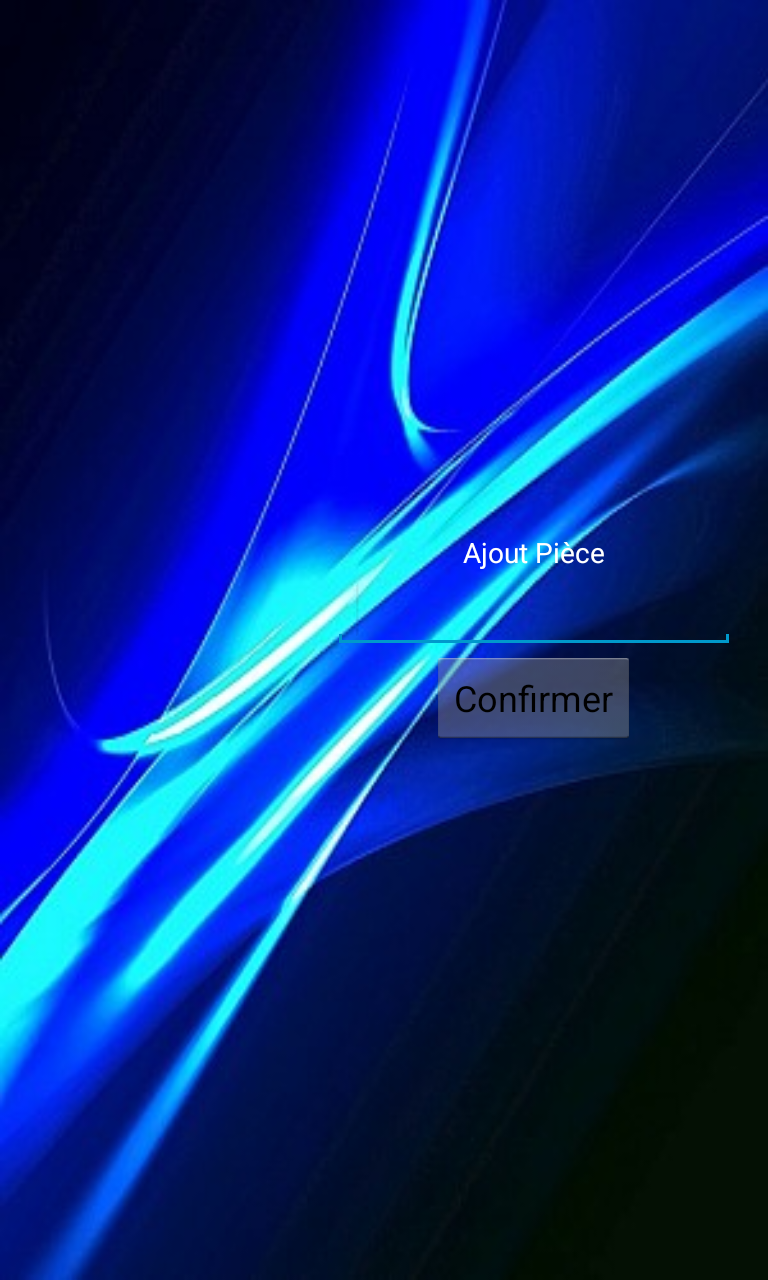
Repository: chedisaad/chedi
Layout: Dev/Android/DOMOTIQUE/Domotique/res/layout/activity_rooms.xml
The author's editor kept a copy of each file at every save. The layout is drawn from the files as they stood at one save, then again after the next save.
It is drawn on a 768 x 1280 px phone screen (xhdpi) without system bars, with theme AppTheme; the app's code is not run. Lists and similar views that code fills are empty.

Above is the layout before, as saved 2014-04-01 16:32:15.

After the next save:
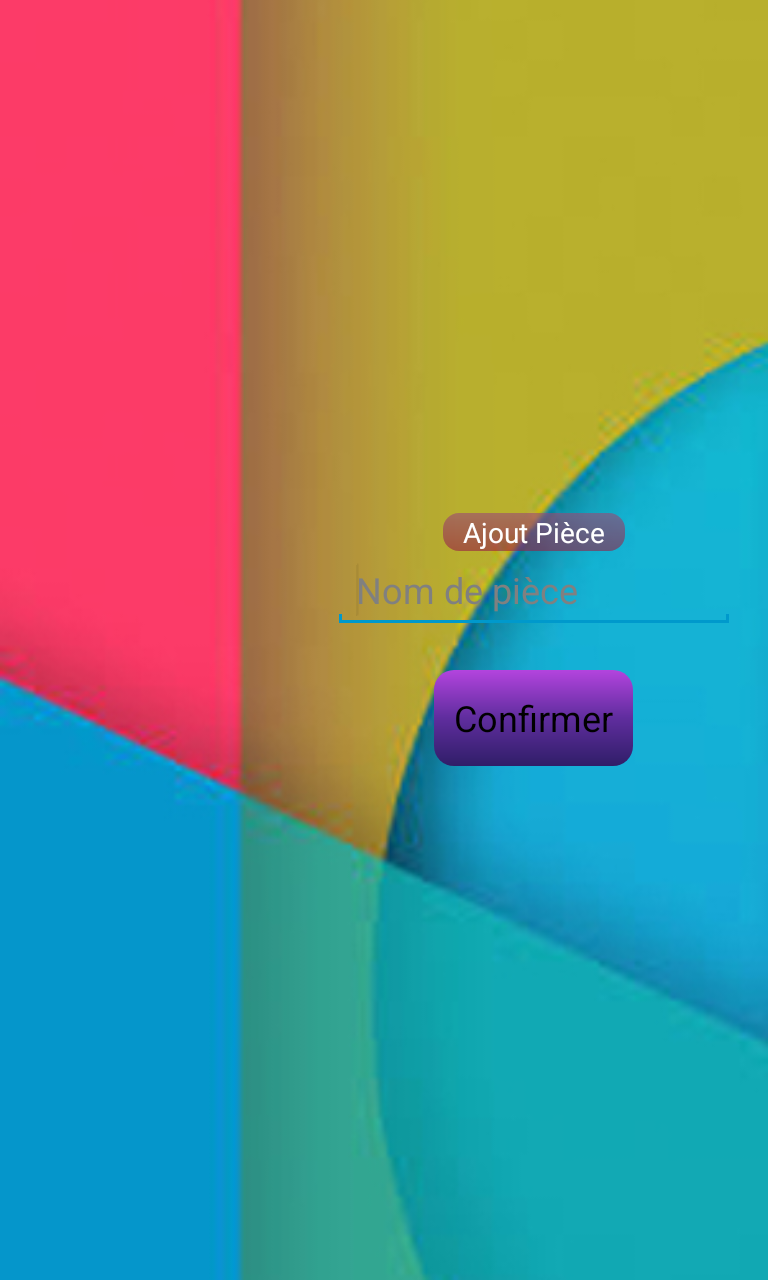
Saved 8 min 50 s later.
--- a/Dev/Android/DOMOTIQUE/Domotique/res/layout/activity_rooms.xml
+++ b/Dev/Android/DOMOTIQUE/Domotique/res/layout/activity_rooms.xml
@@ -2,7 +2,7 @@
     xmlns:tools="http://schemas.android.com/tools"
     android:layout_width="match_parent"
     android:layout_height="match_parent"
-    android:background="@drawable/dash"
+    android:background="@drawable/backg"
     android:paddingBottom="@dimen/activity_vertical_margin"
     android:paddingLeft="@dimen/activity_horizontal_margin"
     android:paddingRight="@dimen/activity_horizontal_margin"
@@ -14,7 +14,7 @@
         android:layout_height="fill_parent" >
 
         <ListView
-            android:id="@+id/listView1"
+            android:id="@+id/listViewRoom"
             android:layout_width="150dp"
             android:layout_height="wrap_content" >
 
@@ -27,24 +27,32 @@
             android:orientation="vertical" >
 
             <TextView
-                android:id="@+id/textView1"
+                android:id="@+id/textViewPiece"
                 android:layout_width="wrap_content"
                 android:layout_height="wrap_content"
+                android:background="@drawable/gradient_br"
+                android:paddingLeft="10dp"
+                android:paddingRight="10dp"
                 android:text="Ajout Pièce"
                 android:textColor="#fff" />
 
             <EditText
-                android:id="@+id/editText1"
+                android:id="@+id/editTextPiece"
                 android:layout_width="match_parent"
-                android:layout_height="wrap_content" >
+                android:layout_height="wrap_content"
+                android:hint="Nom de pièce" >
 
                 <requestFocus />
             </EditText>
 
             <Button
-                android:id="@+id/button1"
+                android:id="@+id/buttonConf"
                 android:layout_width="wrap_content"
                 android:layout_height="wrap_content"
+                android:layout_marginTop="20dp"
+                android:background="@drawable/gradient_bm"
+                android:paddingLeft="10dp"
+                android:paddingRight="10dp"
                 android:text="Confirmer" />
 
         </LinearLayout>
